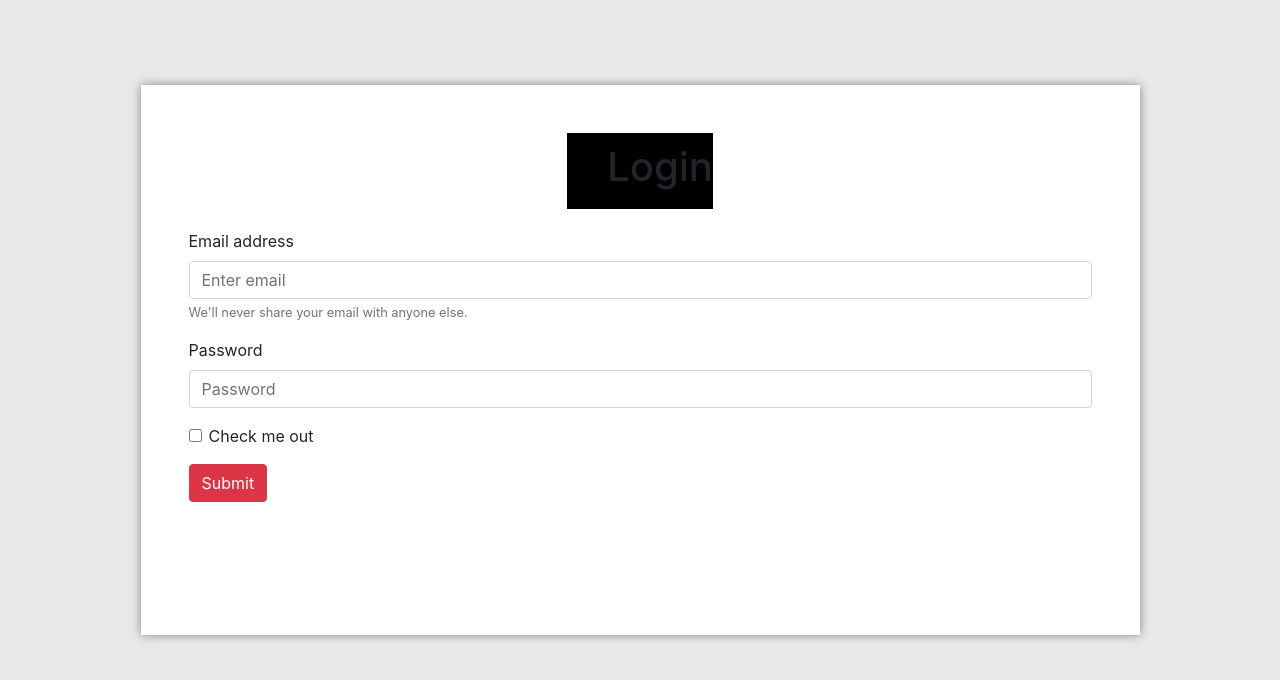
Repository: tts2610/itviec-clone
Page: /login
These files come from the project's save history. The page is drawn as it stood at one moment and after the next save; the edit follows.
The browser window is 1280 px wide. The pictures show the whole page.
Some web libraries are served in a nearby version. The project was rebuilt for these pictures with package versions that can differ from the ones it lists, and the page was loaded fresh each time. Also part of the build but not shown: src/pages/Jobs.js, src/pages/Detail.js, src/pages/404.js.

Above is the page before, as saved 2020-06-10 11:29:31.

### public/index.html
<!DOCTYPE html>
<html lang="en">

<head>
    <meta charset="utf-8" />
    <link rel="icon" href="%PUBLIC_URL%/favicon.ico" />
    <meta name="viewport" content="width=device-width, initial-scale=1" />
    <meta name="theme-color" content="#000000" />
    <meta name="description" content="Web site created using create-react-app" />
    <link rel="apple-touch-icon" href="%PUBLIC_URL%/logo192.png" />
    <!--
      manifest.json provides metadata used when your web app is installed on a
      user's mobile device or desktop. See https://developers.google.com/web/fundamentals/web-app-manifest/
    -->
    <link rel="manifest" href="%PUBLIC_URL%/manifest.json" />
    <!--
      Notice the use of %PUBLIC_URL% in the tags above.
      It will be replaced with the URL of the `public` folder during the build.
      Only files inside the `public` folder can be referenced from the HTML.

      Unlike "/favicon.ico" or "favicon.ico", "%PUBLIC_URL%/favicon.ico" will
      work correctly both with client-side routing and a non-root public URL.
      Learn how to configure a non-root public URL by running `npm run build`.
    -->
    <title>React App</title>
    <link rel="stylesheet" crossorigin="anonymous" href="https://maxcdn.bootstrapcdn.com/bootstrap/4.3.1/css/bootstrap.min.css" integrity="sha384-ggOyR0iXCbMQv3Xipma34MD+dH/1fQ784/j6cY/iJTQUOhcWr7x9JvoRxT2MZw1T" />
    <link rel="stylesheet" href="https://pro.fontawesome.com/releases/v5.10.0/css/all.css" integrity="sha384-AYmEC3Yw5cVb3ZcuHtOA93w35dYTsvhLPVnYs9eStHfGJvOvKxVfELGroGkvsg+p" crossorigin="anonymous" />
</head>

<body>
    <noscript>You need to enable JavaScript to run this app.</noscript>
    <div id="root"></div>
    <!--
      This HTML file is a template.
      If you open it directly in the browser, you will see an empty page.

      You can add webfonts, meta tags, or analytics to this file.
      The build step will place the bundled scripts into the <body> tag.

      To begin the development, run `npm start` or `yarn start`.
      To create a production bundle, use `npm run build` or `yarn build`.
    -->
</body>

</html>

### src/App.js
import React, { useState } from "react";
import "./App.css";
import "bootstrap/dist/css/bootstrap.min.css";
import { Switch, Route, Redirect } from "react-router-dom";
import Jobs from "./pages/Jobs";
import Login from "./pages/Login";
import Detail from "./pages/Detail";
import FourOhFourPage from "./pages/404";

function App() {
  const [user, setUser] = useState(true);
  const ProtectedRoute = (props) => {
    if (user === true) {
      return <Route {...props} />;
    } else {
      return <Redirect to="/login" />;
    }
  };

  return (
    <div className="App">
      <Switch>
        <ProtectedRoute
          path="/jobs/:id"
          render={(props) => <Detail {...props} />}
          // component={Detail}
        />
        {/* <Route path="/jobs/:id" component={Detail} /> */}
        <Route path="/jobs" exact={true} component={Jobs} />
        <Route path="/login" component={Login} />
        <Route path="/" exact={true} component={Jobs} />
        <Route path="*" exact={true} component={FourOhFourPage} />
      </Switch>
    </div>
  );
}

export default App;

### src/App.css
.App {
    /* text-align: center; */
    background-color: #e9e9e9 !important;
    height: max-content;
}

body {
    background-color: #e9e9e9 !important;
}

.App-logo {
    height: 40vmin;
    pointer-events: none;
}

@media (prefers-reduced-motion: no-preference) {
    .App-logo {
        animation: App-logo-spin infinite 20s linear;
    }
}


/*
@media screen and (max-width: 600px) {
    nav {
        height: 600px;
    }
} */

.App-header {
    background-color: #282c34;
    min-height: 100vh;
    display: flex;
    flex-direction: column;
    align-items: center;
    justify-content: center;
    font-size: calc(10px + 2vmin);
    color: white;
}

.App-link {
    color: #61dafb;
}

@keyframes App-logo-spin {
    from {
        transform: rotate(0deg);
    }
    to {
        transform: rotate(360deg);
    }
}

.desRow div ul li {
    width: 350px;
    text-overflow: ellipsis;
    list-style-type: circle;
}

.detail-content {
    min-height: 550px;
    background-color: white;
    width: 90%;
    box-shadow: 0px 0px 9px 0px rgba(33, 33, 33, .5);
}

Container {
    max-width: 50% !important;
}

.has-search .form-control {
    padding-left: 2.375rem;
    height: 60px;
    width: 450px !important;
}

.cityBox {
    height: 60px;
    width: 250px;
    background-color: white;
    border-radius: 4px;
}

.has-search .form-control-feedback {
    position: absolute;
    z-index: 2;
    display: block;
    width: 2.375rem;
    height: 2.375rem;
    line-height: 2.375rem;
    text-align: center;
    pointer-events: none;
    color: #aaa;
}

#rowJob {
    border-top: 2px solid #e7e7e7;
    border-bottom: 2px solid #e7e7e7;
    transition: all 0.25s ease;
    padding: 25px;
}

#rowJob:hover {
    box-shadow: 0px 0px 9px 0px rgba(33, 33, 33, .5);
}

.jobRows {
    background-color: white;
}

.login-title-box {
    align-items: center;
    background: #000;
    display: flex;
    justify-content: center;
    margin-bottom: 20px;
    padding-top: 10px;
    padding-bottom: 10px;
}

### src/pages/Login.js
import React, { useEffect, useState } from "react";
import { Container, Row, Col, Button, Spinner, Form } from "react-bootstrap";

export default function Login() {
  const [isLoading, setIsLoading] = useState(true);
  useEffect(() => {
    setTimeout(() => setIsLoading(false), 1500);
  });
  if (isLoading) {
    return (
      <div
        style={{
          display: "flex",
          justifyContent: "center",
          alignItems: "center",
          height: "100vh",
        }}
      >
        <Spinner animation="border" role="status">
          <span className="sr-only"></span>
        </Spinner>
      </div>
    );
  }

  return (
    <div>
      <Container
        style={{
          display: "flex",
          justifyContent: "center",
          alignItems: "center",
          height: "100vh",
        }}
      >
        <div
          className="detail-content py-5 px-5"
          style={{
            display: "flex",
            alignItems: "center",
            flexDirection: "column",
          }}
        >
          <div class="login-title-box">
            <img
              src="https://itviec.com/favicon-96x96.png"
              width="40px"
              alt=""
            ></img>
            <h1 class="login-title">Login</h1>
          </div>
          <Form style={{ width: "-webkit-fill-available" }}>
            <Form.Group controlId="formBasicEmail">
              <Form.Label>Email address</Form.Label>
              <Form.Control type="email" placeholder="Enter email" />
              <Form.Text className="text-muted">
                We'll never share your email with anyone else.
              </Form.Text>
            </Form.Group>

            <Form.Group controlId="formBasicPassword">
              <Form.Label>Password</Form.Label>
              <Form.Control type="password" placeholder="Password" />
            </Form.Group>
            <Form.Group controlId="formBasicCheckbox">
              <Form.Check type="checkbox" label="Check me out" />
            </Form.Group>
            <Button variant="danger" type="submit">
              Submit
            </Button>
          </Form>
        </div>
      </Container>
    </div>
  );
}

Loaded but not shown: src/index.js (common file); src/index.css (common file); src/serviceWorker.js (common file)

After the next save:
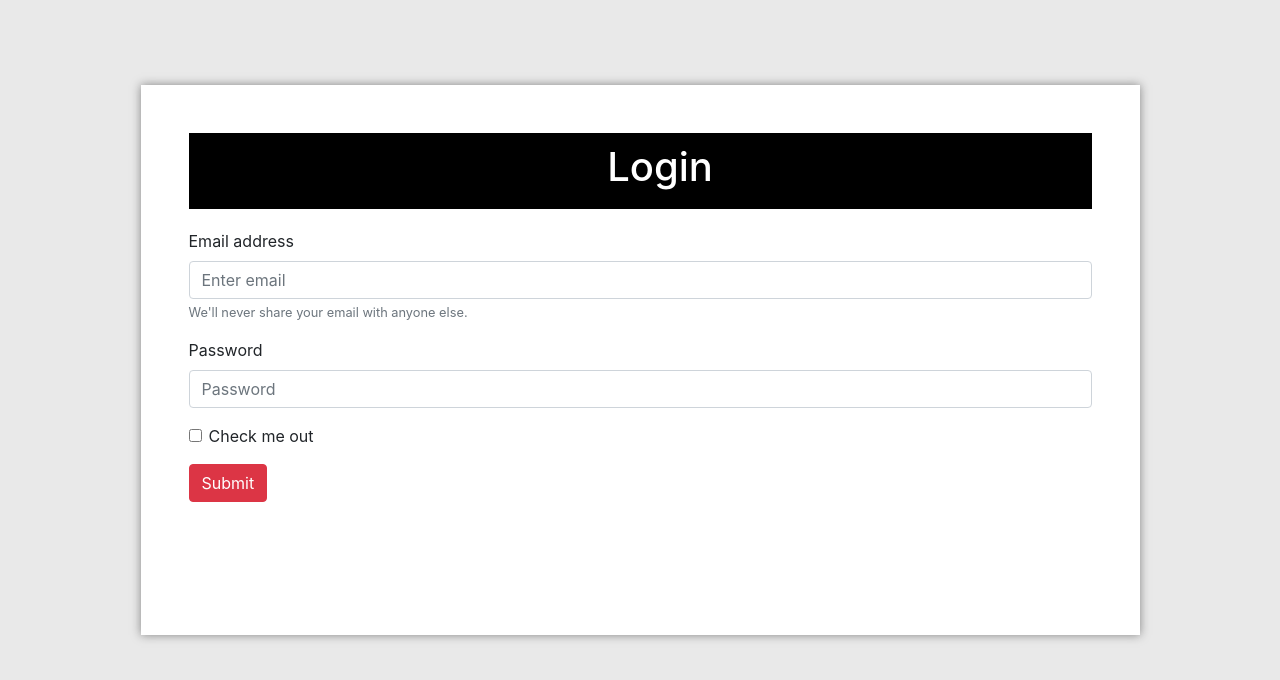
Saved 52 s later.
--- a/src/App.css
+++ b/src/App.css
@@ -116,4 +116,6 @@ Container {
     margin-bottom: 20px;
     padding-top: 10px;
     padding-bottom: 10px;
+    width: -webkit-fill-available;
+    color: white
 }
